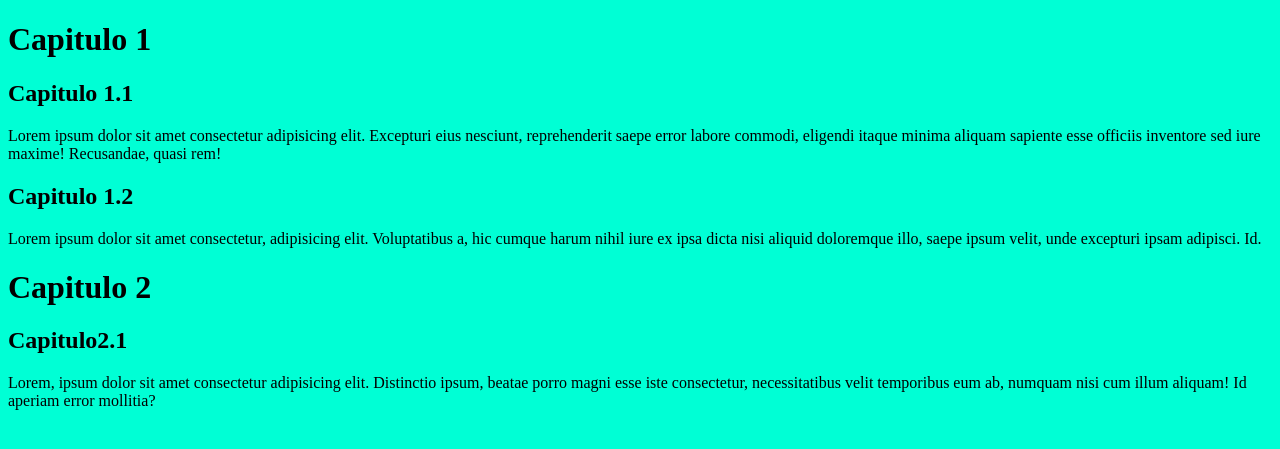
Repository: Guillermomarcon/exercicios
Page: ex013.1/index.html
An editor plug-in stored every save of this project. The page is shown before and after the next save, followed by the edit.
The browser window is 1280 px wide. The pictures show the whole page.

Above is the page before, as saved 2020-12-31 16:01:23.

### ex013.1/index.html
<!DOCTYPE html>
<html lang="pt-br">
<head>
    <meta charset="UTF-8">
    <meta name="viewport" content="width=device-width, initial-scale=1.0">
    <title>Estilos locais ou Internos</title>
    <link rel="shortcut icon" href="imagens/favicon-16x16.png" type="image/x-icon">
    <style>
        body{
           background-color: rgb(0, 255, 213);
        }

    </style>
</head>
<body>
    <h1>Capitulo 1</h1>
    <h2>Capitulo 1.1</h2>
    <p>
        Lorem ipsum dolor sit amet consectetur adipisicing elit. Excepturi eius nesciunt, reprehenderit saepe error labore commodi, eligendi itaque minima aliquam sapiente esse officiis inventore sed iure maxime! Recusandae, quasi rem!
    </p>
    <h2>Capitulo 1.2</h2>
    <p>
        Lorem ipsum dolor sit amet consectetur, adipisicing elit. Voluptatibus a, hic cumque harum nihil iure ex ipsa dicta nisi aliquid doloremque illo, saepe ipsum velit, unde excepturi ipsam adipisci. Id.
    </p>
    <h1>Capitulo 2</h1>
    <h2>Capitulo2.1</h2>
    <p>
        Lorem, ipsum dolor sit amet consectetur adipisicing elit. Distinctio ipsum, beatae porro magni esse iste consectetur, necessitatibus velit temporibus eum ab, numquam nisi cum illum aliquam! Id aperiam error mollitia?
    </p>




</body>
</html>

After the next save:
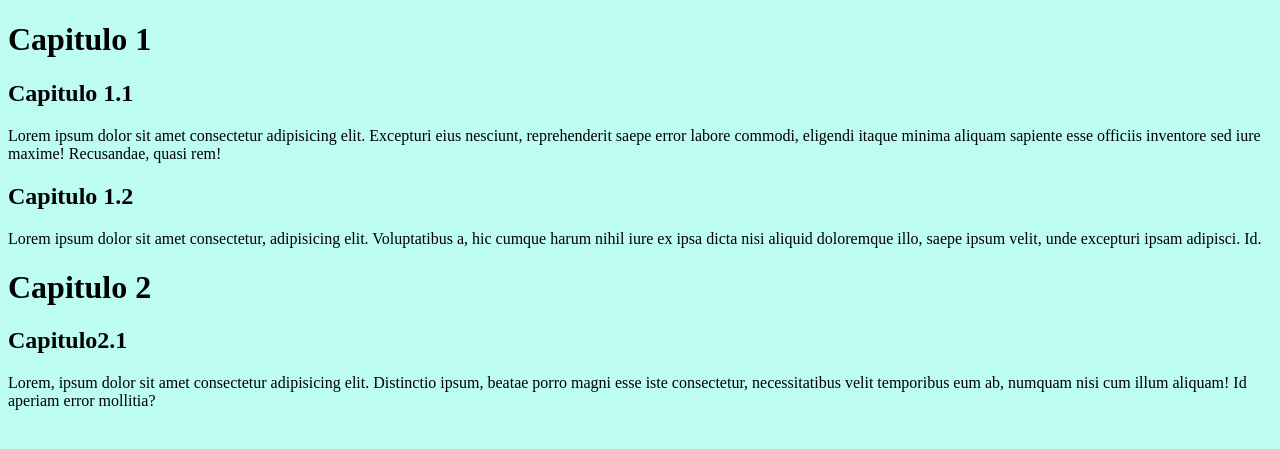
Saved 5 s later.
--- a/ex013.1/index.html
+++ b/ex013.1/index.html
@@ -7,7 +7,7 @@
     <link rel="shortcut icon" href="imagens/favicon-16x16.png" type="image/x-icon">
     <style>
         body{
-           background-color: rgb(0, 255, 213);
+           background-color: rgb(189, 252, 241);
         }
 
     </style>
